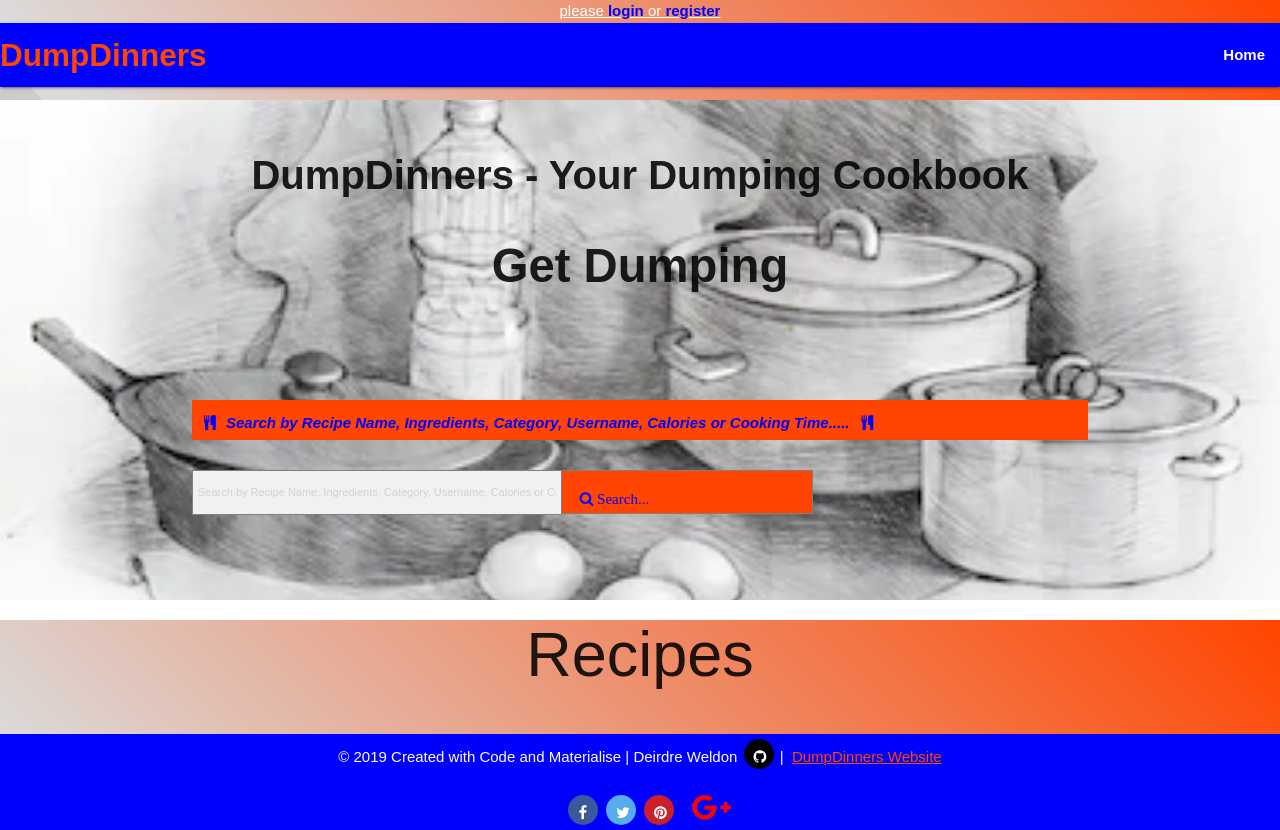
Repository: Deirdre18/dumpdinners-recipe-app
Page: http://localhost/
The author's editor kept a record of every edit. The page is drawn from the files as they stood at one moment, then again after the next edit.
The browser window is 1280 px wide. The pictures show the whole page.
Some web libraries are served in a nearby version. The page is served by the project's application, run on Flask 3 (app.py). Queries for data that is not in the repository find no rows.

Above is the page before.

### templates/allrecipes1.html
{% extends "base.html" %} {% block content %}

<h1 class="title">Recipes</h1>
{#{{referred to https://github.com/pierceoneill/code-institute-milestone-project-04/blob/master/templates/recipes.html for recipe-cards code.}}#}



<div id="recipe-cards" class="row">
    {% for recipe in recipes %}
    <div class="col s12 m4 l3 recipe-card" data-date="{{recipe.date_added}}">

        <div class="card-heading">

            <div class="card-title" style="text-align:center">
                <h6><span id="recipe_name" name="recipe_name"><i><strong>{{recipe.recipe_name}}</i></strong></span></h6>

            </div>
        </div>
        <strong><i class="fa fa-eye" aria-hidden="true" style="color:blue;font-size: 15px">&nbsp&nbsp{{recipe.views}}</i></strong>&nbsp&nbsp&nbsp&nbsp&nbsp&nbsp&nbsp&nbsp&nbsp&nbsp&nbsp&nbsp&nbsp&nbsp&nbsp&nbsp&nbsp
        <strong><i class="fa fa-heart" aria-hidden="true" style="color:red; font-size: 15px">&nbsp&nbsp{{recipe.likes}}</i></strong><br>
        <strong><i class="fa fa-cutlery"aria-hidden="true" style="color:blue;font-size: 15px">&nbsp&nbsp{{recipe.category_name}}</i><strong>


        <div class="card-image">
            <img src="{{recipe.image}}" width="200" height="200" style="margin-top" : 40%;>
        </div>


        <div class="card-body" style="white-space:normal">

            <p id="short_description"></p><strong><em>{{recipe.short_description}}</strong></em>
            </p>

        </div>

        <h6 class="view-and-share"><strong> View and Share!</strong>
        </h6>
        <p class=shares "col s4 m3 l3" style="white-space:normal">

            <i class="fa fa-facebook" aria-hidden="true"></i>
            <i class="fa fa-twitter" aria-hidden="true" style="color: light-blue"></i>
             <i class="fa fa-pinterest" aria-hidden="true"></i>
             <i class="fa fa-google-plus" style="font-size:30px; color:red"></i>
        </p>

        <div class="card-footer" style="white-space:normal">



            <div class="card-action">
                <a href="/recipe/{{ recipe._id }}"> <button class="btn waves-effect waves-light" type="submit" style="background-color:orangered" name="action">See More
                <i class="material-icons right">view_list</i>
             </button></a>
                <br><br><br>

            </div>

        </div>




        <!-- more display -->
    </div>
    {% endfor %}

    {% endblock %}

### templates/base.html
<!DOCTYPE html>
<html>

<head>
    <!--referred to this link for downloading bootstrap, as well as previous CI tutorials - https://forums.fedoraforum.org/showthread.php?314148-How-to-download-bootstrap-->

    <meta charset="UTF-8">
    <meta name="viewport" content="width=device-width, user-scalable=no, initial-scale=1.0, maximum-scale=1.0, minimum-scale=1.0">
    <meta http-equiv="X-UA-Compatible" content="ie=edge">
    <title>{{ title }} - DumpDinners</title>
    <link href="https://fonts.googleapis.com/icon?family=Material+Icons" rel="stylesheet">
    <link rel="stylesheet" href="https://cdnjs.cloudflare.com/ajax/libs/materialize/0.100.2/css/materialize.min.css">
    <link rel="stylesheet" href="{{url_for('static', filename='social-share-kit.css')}}" type="text/css" />
    <link rel="stylesheet" href="{{url_for('static', filename='styles.css')}}" type="text/css" />

    <!--referred to this for favicon - https://www.flaticon.com/-->

    <link rel="icon" type="image/ico" href="/static/images/favicon.ico" />
    <link rel="stylesheet" href="https://cdnjs.cloudflare.com/ajax/libs/font-awesome/4.7.0/css/font-awesome.min.css">

    <style>
        body {
            font-family: Arial;
        }

        * {
            box-sizing: border-box;
        }

        form.example input[type=text] {
            padding: 5px;
            font-size: 11px;
            border: 1px solid grey;
            float: left;
            width: 4%;
            height: 1%;
            background: #f1f1f1;
        }

        form.example button {
            float: left;
            width: 2%;
            height: 2%;
            padding: 5px;
            background: #2196F3;
            color: white;
            font-size: 11px;
            border: 1px solid grey;
            border-left: none;
            cursor: pointer;
        }

        form.example button:hover {
            background: #0b7dda;
        }

        form.example::after {
            content: "";
            clear: both;
            display: table;
        }
    </style>



</head>

<body>

    <style scoped>
        .pattern {
            min-height: 100px;
        }

        #stripes4 {
            background-image: repeating-linear-gradient(45deg, #ccc, #ccc 30px, #dbdbdb 30px, #dbdbdb 60px, orangered);
        }
    </style>

    <!--to give background gradient color, referred to https://www.quackit.com/css/codes/patterns/css_background_stripes.cfm-->

    <div id="stripes4" class="pattern">


        <!--referred to code from Spence Barribal's github project for username in session below (Student at Code Institute).-->

        {% if 'username' in session %}
        <div class="text-light font-italic bg-dark pt-2 pr-4" style="text-align:center; color:blue"><strong>welcome back, {{ session['username'] }}</strong>
        </div>

        <!--Referred to stack overflow article on centering anchors.-->

        <div class="display:block; text-align: center">
            <a href="{{ url_for('add_recipe') }}" <button class="btn waves-effect waves-light" type="submit" style="background-color:orangered" name="action"><strong>Add Recipe</strong>
                <i class="material-icons right">playlist_add</i>
             </button></div></a>



            <div class="display:block; text-align: center">
                <a href="{{ url_for( 'logout') }}" style="text-decoration:underline; color:blue; text-align:center,color:blue"><strong>Logout</strong></a>
            </div>

            <div class="display:block; text-align: center">
                <a href="{{ url_for( 'allrecipes') }}" style="text-decoration:underline;color:blue; text-align:center"><strong>Home</strong></a>

            </div>

            {% else %}

            <div class="login" style="text-align:center;text-decoration:underline; color:white">please<a href="{{ url_for('login') }}" style="color:blue"><strong> login</a></strong> or <a href="{{ url_for('register') }}" style="color:blue"><strong> register</strong></a>
            </div>
            {% endif %}

            <nav>
                <div class="nav-wrapper">
                    <a class="brand-logo" style="color:orangered"><strong>DumpDinners</strong></a>
                    <a href="#" data-activates="mobile-demo" class="button-collapse"><i class="material-icons">menu</i></a>
                    <ul id="nav-mobile" class="right hide-on-med-and-down">

                        {% if 'username' not in session %}

                        <li class="nav-item">
                            <a href="{{ url_for('index') }}" style="color:white"><strong>Home</a></strong>
                        </li>


                        {% endif %}

                    </ul>
                </div>

            </nav>
            <!--referred to https://www.w3schools.com/howto/howto_css_search_button.asp-->

            {% if 'username' in session %}
            <ul class="sidenav" id="mobile-demo">
                <li class="nav-item">
                    <a href="{{ url_for('allrecipes') }}" style="color:orangered;text-decoration:underline"><strong>Home</strong></a>
                </li>
                {% endif %}


            </ul>
        </div>

        <div id="index-banner" class="parallax-container">
            <div class="section no-pad-bot">
                <div class="container">

                    <div class="parallax">
                        <img src="{{ url_for('static', filename='uploads/' + 'still-life.jpg') }}">
                    </div>

                    <h2 class="header center" class="header"><small><strong>DumpDinners - Your Dumping Cookbook</strong></small></h2>

                    <h1 class="header center" class="header"><small><strong>Get Dumping</strong></small></h1>
                    <br><br><br>


                    <!--/*referred to https://www.w3schools.com/howto/howto_css_search_button.asp*/-->

                    <div class="search-container">

                        <h6 class="lead-search" style="background-color:orangered; color:blue; text-align:left"><strong><i><i class="fa fa-cutlery" style="font-size: 15px"></i>Search by Recipe Name, Ingredients, Category, Username, Calories or Cooking Time.....</i></strong><i class="fa fa-cutlery" style="font-size: 15px"></i></h6><br>


                        <form class="example" action="{{ url_for('search') }}">
                            <input type="text" placeholder="Search by Recipe Name, Ingredients, Category, Username, Calories or Cooking Time...." required name="query" style="margin-top:1px; width:40%; height:3em !important" style="color:black">
                            <div id="search">
                                <button type="submit" style="margin-top:1px; width:28%; height:4em !important; background-color:orangered"><strong><i class="fa fa-search" style="font-size:15px;float:left;color:blue">&nbspSearch...</i></button></strong>
                            </div>

                        </form>

                    </div>
                </div>
            </div>
            <!--Referred to this link for adding photos dynamically. https://stackoverflow.com/questions/40877272/jinja2-not-displaying-the-images-->
        </div>
        <div id="stripes4" class="pattern">
            {% block content %}{% endblock %}
        </div>
        <script src="https://ajax.googleapis.com/ajax/libs/jquery/3.4.1/jquery.min.js"></script>
        <script src="https://cdnjs.cloudflare.com/ajax/libs/jquery/3.2.1/jquery.min.js"></script>
        <script src="https://cdnjs.cloudflare.com/ajax/libs/materialize/0.100.2/js/materialize.min.js"></script>
        <!--<script src="assets/js/social-share-kit.js"></script>-->
        <!--<script src="assets/js/social-share-kit.min.js"></script>-->
        <script type="text/javascript">
            $(document).ready(function() {
                $(".button-collapse").sideNav();
            });
        </script>
        <script type="text/javascript">
            $('.datepicker').pickadate({
                selectMonths: true, // Creates a dropdown to control month
                selectYears: 15, // Creates a dropdown of 15 years to control year,
                today: 'Today',
                clear: 'Clear',
                close: 'Ok',
                closeOnSelect: false // Close upon selecting a date,
            });
        </script>
        <script>
            $(document).ready(function() {
                $('.parallax').parallax();
            });
        </script>
        <!-- jquery to activate buttons -->
        <script type="text/javascript">
            $(document).ready(function() {
                $('.collapsible').collapsible();
                $('select').material_select();
            });
        </script>

        <!--function for 'back' button-->
        <script>
            function goBack() {
                window.history.back();
            }
        </script>

        <!--// to create footer referred to https://www.w3schools.com/howto/tryit.asp?filename=tryhow_css_fixed_footer. For flexible footer referred to https://materializecss.com/footer.html // decided to make footer fixed rather than flexible-->
        <style>
            .footer {
                margin-top: 1px;
                display: fixed;
                min-height: 3vh;
                flex-direction: column;
                text-align: center;
                background-color: blue;
                color: white;
            }

            main {
                flex: 1 0 auto;
            }

            .container {
                margin-top: 15px;
                margin-bottom: 3px;
            }
        </style>
        <style>
            .fa {
                padding: 10px;
                font-size: 15px;
                width: 30px;
                text-decoration: none;
                margin: 5px 2px;
                border-radius: 50%;
                height: 30px;
            }

            .fa:hover {
                opacity: 0.7;
            }

            .fa-facebook {
                background: #3B5998;
                color: white;
                text-align: center;
            }

            .fa-twitter {
                background: #55ACEE;
                color: white;
                text-align: center;
            }

            .fa-youtube {
                background: #bb0000;
                color: white;
                text-align: center;
            }

            .fa-pinterest {
                background: #cb2027;
                color: white;
                text-align: center;
            }

            .fa-github {
                background: black;
                color: white;
                text-align: center;
                font-size: 15px;
            }

            strong {
                font-weight: bold;
            }
        </style>
        <div class="footer">
            <div class="container">
                <!--created blank spaces, referred to https://www.computerhope.com/jargon/n/nbsp.htm-->
                © 2019 Created with Code and Materialise&nbsp| Deirdre Weldon <a href="https://github.com/" class="fa fa-github"></a> |&nbsp
                <a href="https://dumpdinners-recipe-app.herokuapp.com/" style="color:orangered; text-decoration: underline">DumpDinners Website
        </div>
        <!--for social media icons and styles referred to https://www.w3schools.com/howto/howto_css_social_media_buttons.asp    -->
        <!-- Add font awesome icons -->
        <a href="https://www.facebook.com/" class="fa fa-facebook"></a>
                <a href="https://www.twitter.com/" class="fa fa-twitter"></a>
                <a href="https://www.pinterest.com/" class="fa fa-pinterest"></a>
                <a href="https://plus.google.com/" class="fa fa-google-plus" style="font-size:30px; color:red"></a>
            </div>
</body>

</html>

### app.py
import os
import re
from flask import Flask, render_template, redirect, request, url_for, session, flash
import json
from flask_pymongo import PyMongo
import pymongo
from pymongo import MongoClient
from bson.objectid import ObjectId


from werkzeug.security import generate_password_hash, check_password_hash


app = Flask(__name__)

app.secret_key = "randomstring123"



if app.config['DEBUG'] == True:
    from config import dbconfig
    app.config["MONGO_DBNAME"] = 'dumpdinners'
    app.config["MONGO_URI"] = dbconfig()
else:
    app.config['MONGO_URI'] = os.environ.get("MONGO_URI")
    app.config['MONGO_DBNAME'] = os.environ.get("MONGO_DBNAME")

mongo = PyMongo(app)


@app.route('/')
@app.route('/index')
def index():
    """Home page the gets 4 recipes from DB that have been viewed the most"""
    four_recipes = mongo.db.recipes.find().limit(4)
    return render_template('allrecipes1.html', recipes=four_recipes)

@app.route('/allrecipes')
def allrecipes():
    recipes = mongo.db.recipes.find()
    return render_template('allrecipes.html', recipes=recipes)

@app.route('/allrecipes1')
def allrecipes1():
    recipes = mongo.db.recipes.find()
    four_recipes = mongo.db.recipes.find().limit(4)
    return render_template('allrecipes1.html', recipes=four_recipes)

@app.route('/add_recipe')
def add_recipe():
    recipes = mongo.db.recipes.find()
    return render_template('addrecipe.html',
        recipes=mongo.db.categories.find())



@app.route('/insert_recipe', methods=['POST'])
def insert_recipe():
    recipes = mongo.db.recipes
    recipes.insert_one(request.form.to_dict())
    flash ("Thank you, your recipe has been inserted!")
    return render_template('recipe.html', recipe=recipe)




@app.route('/edit_recipe/<recipe_id>', methods=['GET', 'POST'])
def edit_recipe(recipe_id):
    """Allows logged in user to edit their own recipes"""
    recipe_db = mongo.db.recipes.find_one_or_404({'_id': ObjectId(recipe_id)})
    all_categories =  mongo.db.categories.find()
    if request.method == 'GET':

        return render_template('editrecipe.html', recipe=recipe_db, categories=all_categories)


# referred to this article for advice on 'views' - https://stackoverflow.com/questions/5782311/mongodb-inc-embedded-value-syntax

@app.route('/update_recipe/<recipe_id>', methods=["POST"])
def update_recipe(recipe_id):
    recipes = mongo.db.recipes
    recipes.update( {'_id': ObjectId(recipe_id)},
    {
        '$set': {

        'recipe_name':request.form.get('recipe_name'),
        'ingredients':request.form.get('ingredients'),
        'image': request.form.get('image'),
        'category_name': request.form.get('category_name'),
        'username': request.form.get('username'),
        'methods': request.form.get('methods'),
        'short_description': request.form.get('short_description'),
        'date_added': request.form.get('date_added'),
        'is_vegetarian': request.form.get('is_vegetarian'),
        'views':1,
        'likes':1

        }
    })
    return redirect(url_for('allrecipes'))




@app.route('/delete_recipe/<recipe_id>')
def delete_recipe(recipe_id):
    mongo.db.recipes.remove({'_id': ObjectId(recipe_id)})
    return redirect(url_for('allrecipes'))

@app.route('/search')
def search():
    """Provides logic for search bar"""
    orig_query = request.args['query']
    # using regular expression setting option for any case
    query = {'$regex': re.compile('.*{}.*'.format(orig_query)), '$options': 'i'}
    # find instances of the entered word in title, tags or ingredients
    results = mongo.db.recipes.find({
        '$or': [
            {'recipe_name': query},
            {'ingredients': query},
            {'recipe_name': query},
            {'category_name': query},
            {'calories': query},
            {'cooking_time': query}
        ]
    })
    return render_template('search.html', query=orig_query, results=results)


@app.route('/recipe/<recipe_id>')
def recipe(recipe_id):

    """Shows full recipe and increments view"""
    mongo.db.recipes.find_one_and_update(
        {'_id': ObjectId(recipe_id)},
        { '$inc': { 'views': 1}}



    )
    recipe_db = mongo.db.recipes.find_one_or_404({'_id': ObjectId(recipe_id)})
    return render_template('recipe.html', recipe=recipe_db)

# routing for likes

@app.route('/likes/<recipe_id>')
def likes(recipe_id):

    """Shows full recipe and increments view"""
    mongo.db.recipes.find_one_and_update(
        {'_id': ObjectId(recipe_id)},
        { '$inc': { 'likes': 1}}



    )
    recipe_db = mongo.db.recipes.find_one_or_404({'_id': ObjectId(recipe_id)})
    return redirect(url_for('allrecipes1'))

#Copied routing for login from Deborah Thompson, student at Code Institute for login routing - #https://github.com/debbiect246/recipe-app#


@app.route('/login', methods=["GET","POST"])
def login():
    if request.method == 'POST':
        login_user = mongo.db.register.find_one({'username': request.form['username']})
        form = request.form
        if login_user:
            if(form["password"] == login_user["password"]): # if password correct
                session['username'] = login_user["username"]
                return redirect(url_for('allrecipes',register_id = login_user["_id"]))
            else: # and if password is not correct
               flash("Incorrect password, please try again or register")
        else:# if user does not exist
            flash("User does not exist")
            return redirect(url_for('register'))
    return render_template('login.html')


#Copied routing for register from Deborah Thompson, student at Code Institute for login routing - #https://github.com/debbiect246/recipe-app#

@app.route('/register', methods=['POST','GET'])
def register():
    if request.method == 'POST':
        register = mongo.db.register
        register_id = register.insert_one(request.form.to_dict())
        # print(register)
        object_id = register_id.inserted_id
        flash("Thank you for registering, please login to view more recipes and add your own!")
        return redirect(url_for('login'))
    return render_template('register.html')




#Copied routing for allrecipeslist from Deborah Thompson, student at Code Institute for login routing - #https://github.com/debbiect246/recipe-app#


@app.route('/logout')
def logout():
    """Clears session and redirects to home"""

    session.clear()
    flash ("Thank you, hope to see you again soon!")
    return redirect(url_for('login'))




if __name__ == '__main__':
    app.run(host=os.environ.get('IP'),
        port=int(os.environ.get('PORT')))

### static/styles.css
.card-body {
    width: 75%;
    margin-left: 0;
    left: auto;
    right: auto;
    white-space: pre-wrap;
}

#search [type="search"] [name="query"]
{
     height: 30px;
     width: 50px;
}


h3 {margin-top: 10%}

.main { margin-top: 20px;}

.card-image {width:25%;}

h5 .lead-search {margin-bottom: 0}

p .heading {margin-top: 30%;}


.card-image {white-space: pre-wrap;
            margin-bottom: -80px;
}


h1 {text-align: center;
    margin-top: 20px;

}

p {margin-top: 20%;}



.nav-wrapper {background-color: blue;}

#Add {color: indigo;
}

#View {color: indigo;
}

.brand-logo{text-align:left;}

.btn_small {
    height: 24px;
    width: 60px;
    line-height: 24px;
    margin: 5px 5px;
    padding: 0 0.5em;
}

Loaded but not shown: static/social-share-kit.css (no copy from this time; the picture is the same without it)

After the next edit:
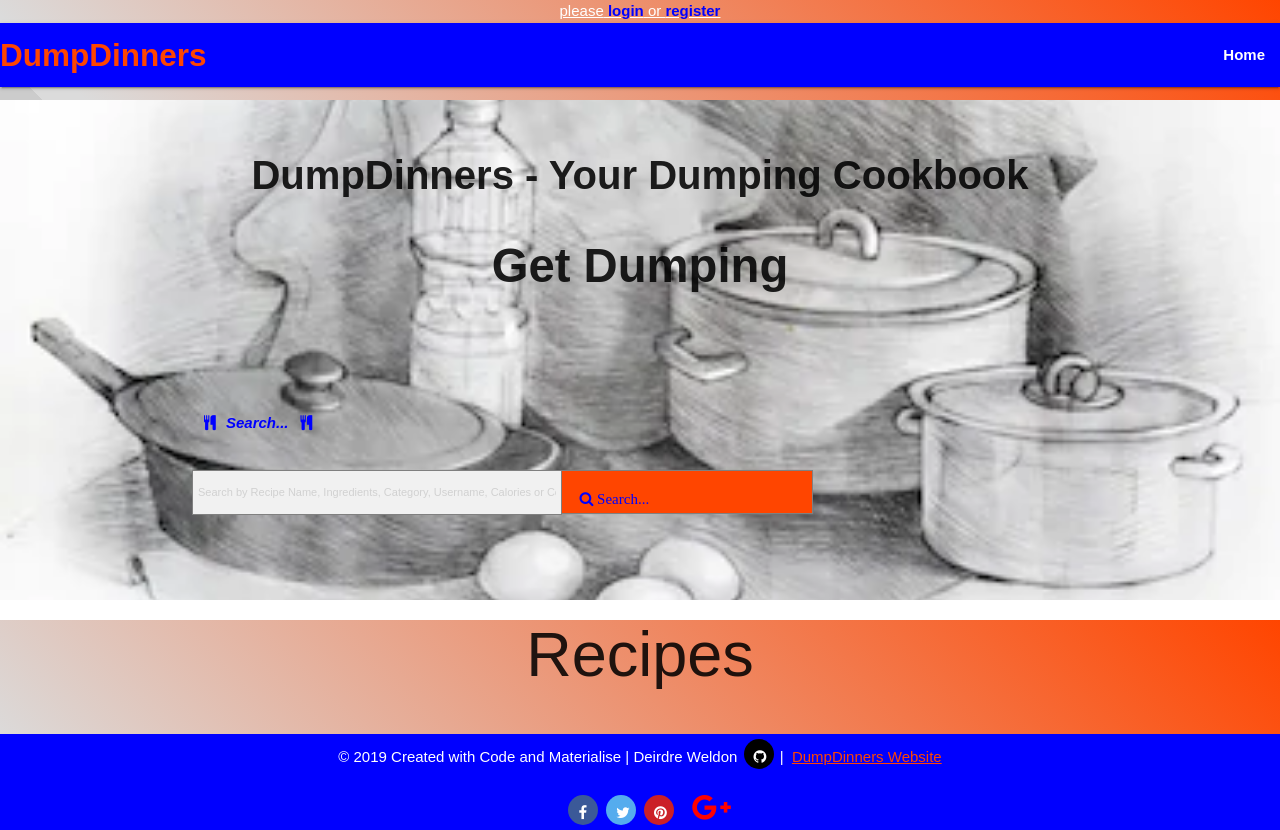
The edit:
--- a/templates/base.html
+++ b/templates/base.html
@@ -162,7 +162,7 @@
 
                     <div class="search-container">
 
-                        <h6 class="lead-search" style="background-color:orangered; color:blue; text-align:left"><strong><i><i class="fa fa-cutlery" style="font-size: 15px"></i>Search by Recipe Name, Ingredients, Category, Username, Calories or Cooking Time.....</i></strong><i class="fa fa-cutlery" style="font-size: 15px"></i></h6><br>
+                        <h6 class="lead-search" style="color:blue; text-align:left"><strong><i><i class="fa fa-cutlery" style="font-size: 15px"></i>Search...</i></strong><i class="fa fa-cutlery" style="font-size: 15px"></i></h6><br>
 
 
                         <form class="example" action="{{ url_for('search') }}">
